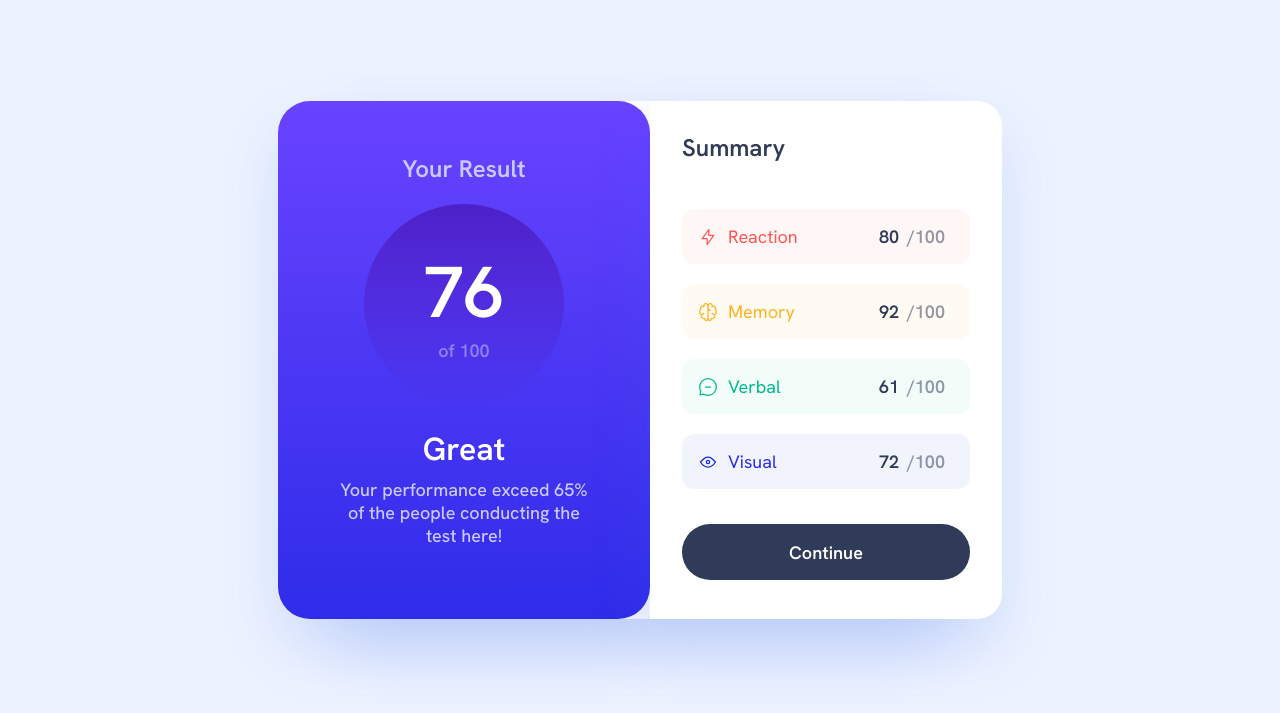
Repository: KamoliddinGIT/result-summary
Page: index.html
An editor plug-in stored every save of this project. The page is shown before and after the next save, followed by the edit.
The browser window is 1280 px wide. The pictures show the whole page.

Above is the page before, as saved 2023-09-08 17:12:00.

### index.html
<!DOCTYPE html>
<html lang="en">
  <head>
    <meta charset="UTF-8" />
    <meta name="viewport" content="width=device-width, initial-scale=1.0" />
    <link
      rel="icon"
      type="image/png"
      sizes="32x32"
      href="./assets/images/favicon-32x32.png"
    />
    <link rel="stylesheet" href="css/style.css" />
    <link rel="preconnect" href="https://fonts.googleapis.com" />
    <link rel="preconnect" href="https://fonts.gstatic.com" crossorigin />
    <link
      href="https://fonts.googleapis.com/css2?family=Hanken+Grotesk:wght@400;500;600&display=swap"
      rel="stylesheet"
    />
    <title>Results summary component</title>
  </head>
  <body>
    <div class="container">
      <div class="result-box">
        <h1 class="result__heading">Your Result</h1>
        <div class="result__score">
          <h1>76</h1>
          <span>of 100</span>
        </div>
        <div class="result__comment">
          <h1>Great</h1>
          <p>
            Your performance exceed 65% of the people conducting the test here!
          </p>
        </div>
      </div>
      <div class="summary-box">
        <h1 class="summary__title">Summary</h1>
        <div class="summary__stats">
          <li class="summary__stats__item__1">
            <img src="./assets/images/icon-reaction.svg" alt="logo" />
            <h2>Reaction</h2>
            <h3>80<span>/100</span></h3>
          </li>
          <li class="summary__stats__item__2">
            <img src="./assets/images/icon-memory.svg" alt="logo" />
            <h2>Memory</h2>
            <h3>92<span>/100</span></h3>
          </li>
          <li class="summary__stats__item__3">
            <img src="./assets/images/icon-verbal.svg" alt="logo" />
            <h2>Verbal</h2>
            <h3>61<span>/100</span></h3>
          </li>
          <li class="summary__stats__item__4">
            <img src="/assets/images/icon-visual.svg" alt="logo" />
            <h2>Visual</h2>
            <h3>72<span>/100</span></h3>
          </li>
        </div>
        <a href="#" class="summary__btn"> Continue </a>
      </div>
    </div>

    <script src="js/index.js"></script>
  </body>
</html>

### css/style.css
* {
  margin: 0;
  padding: 0;
  box-sizing: border-box;
}

body {
  display: flex;
  flex-direction: column;
  justify-content: center;
  align-items: center;
  height: 100vh;
  flex-direction: column;
  padding: 0;
  margin: 0;
  font-family: "Hanken Grotesk", "Arial", sans-serif;
  font-size: 18px;
  font-weight: 500;
  line-height: normal;
  background-color: #ecf2ff;
  color: #303b59;
}

.container {
  width: 47%;
  max-width: 1200px;
  display: flex;
  justify-content: center;
  align-items: center;
  height: 72%;
  background-color: #ffffff;
  box-shadow: 0px 30px 60px 0px rgba(61, 108, 236, 0.15);
  border-radius: 32px;
}

.result-box {
  width: 50%;
  max-width: 368px;
  min-height: 100%;
  border-radius: 32px;
  box-shadow: 0px 30px 60px 0px rgba(61, 108, 236, 0.15);
  background-image: linear-gradient(
    180deg,
    #75f 0%,
    #6943ff 0.01%,
    #2f2ce9 100%
  );
  padding: 24px 56px 40px;
  color: #cac9ff;
  box-shadow: 0px 30px 60px 0px rgba(61, 108, 236, 0.15);
  display: flex;
  flex-direction: column;
  align-items: center;
  justify-content: center;
  font-family: "Hanken Grotesk", "Arial", sans-serif;
  /* gap: 30px; */
}

.summary-box {
  display: flex;
  flex-direction: column;
  align-items: start;
  /* padding-left: 40px; */
  justify-content: space-evenly;
  background: #fff;
  width: 50%;
  height: 100%;
  border-radius: 0 25px 25px 0;
  padding: 24px 32px 32px;
  box-shadow: 0px 30px 60px 0px rgba(61, 108, 236, 0.15);
}

.result__heading {
  margin-bottom: 20px;
  font-size: 24px;
}

.result__score {
  display: flex;
  flex-direction: column;
  justify-content: center;
  align-items: center;
  width: 200px;
  height: 200px;
  border-radius: 50%;
  background-image: linear-gradient(
    180deg,
    #4d21c9 0%,
    rgba(37, 33, 201, 0) 100%,
    rgba(37, 33, 201, 0) 100%
  );
}

.result__score h1 {
  font-size: 72px;
  color: #ffffff;
}

.result__score span {
  color: #cac9ff;
  font-weight: 700;
  opacity: 0.5168;
  font-size: 18px;
}

.result__comment {
  margin-top: 20px;
  display: flex;
  justify-content: space-around;
  align-items: center;
  flex-direction: column;
  text-align: center;
  width: 260px;
  height: 127px;
}

.result__comment h1 {
  font-size: 32px;
  color: #ffffff;
}

.result__comment p {
  font-size: 18px;
  color: #cac9ff;
  font-weight: 500;
  line-height: normal;
}

.summary__title {
  margin-bottom: 20px;
  color: #303b59;
  font-size: 24px;
  font-weight: bold;
}

.summary__stats {
  width: 288px;
  height: 278px;
  display: flex;
  flex-direction: column;
  /* justify-content: space-between; */
  align-items: start;
  list-style-type: none;
}

li {
  margin-top: 20px;
}

.summary__stats__item__1 {
  width: 100%;
  display: flex;
  gap: 10px;
  align-items: center;
  height: 56px;
  padding: 16px;
  background: rgba(255, 85, 85, 0.05);
  border-radius: 12px;
}

.summary__stats__item__1 h2 {
  width: 141px;
  font-size: 18px;
  color: #f55;
  font-weight: normal;
}

.summary__stats__item__1 h3 span {
  opacity: 0.5168;
  font-weight: bold;
  color: rgba(48, 59, 89, 0.5);
  font-size: 18px;
  color: #303b59;
  margin-left: 8px;
}

.summary__stats__item__1 h3 {
  color: #303b59;
  font-weight: bold;
  font-size: 18px;
}

.summary__stats__item__2 {
  width: 100%;
  display: flex;
  gap: 10px;
  align-items: center;
  height: 56px;
  padding: 16px;
  background: rgba(255, 178, 30, 0.05);
  border-radius: 12px;
}

.summary__stats__item__2 h2 {
  width: 141px;
  font-size: 18px;
  color: #ffb21e;
  font-weight: normal;
}

.summary__stats__item__2 h3 span {
  opacity: 0.5168;
  font-weight: bold;
  color: rgba(48, 59, 89, 0.5);
  font-size: 18px;
  color: #303b59;
  margin-left: 8px;
}

.summary__stats__item__2 h3 {
  color: #303b59;
  font-weight: bold;
  font-size: 18px;
}

.summary__stats__item__3 {
  width: 100%;
  display: flex;
  gap: 10px;
  align-items: center;
  height: 56px;
  padding: 16px;
  background: rgba(0, 187, 143, 0.05);
  border-radius: 12px;
}

.summary__stats__item__3 h2 {
  font-size: 18px;
  color: #00bb8f;
  font-weight: normal;
  width: 141px;
}

.summary__stats__item__3 h3 span {
  opacity: 0.5168;
  font-weight: bold;
  color: rgba(48, 59, 89, 0.5);
  font-size: 18px;
  color: #303b59;
  margin-left: 8px;
}

.summary__stats__item__3 h3 {
  color: #303b59;
  font-weight: bold;
  font-size: 18px;
}

.summary__stats__item__4 {
  width: 100%;
  display: flex;
  gap: 10px;
  align-items: center;
  height: 56px;
  padding: 16px;
  background: rgba(17, 37, 214, 0.05);
  border-radius: 12px;
}

.summary__stats__item__4 h2 {
  width: 141px;
  font-size: 18px;
  color: #2f2ce9;
  font-weight: normal;
}

.summary__stats__item__4 h3 span {
  opacity: 0.5168;
  font-weight: bold;
  color: rgba(48, 59, 89, 0.5);
  font-size: 18px;
  color: #303b59;
  margin-left: 8px;
}

.summary__stats__item__4 h3 {
  color: #303b59;
  font-weight: bold;
  font-size: 18px;
}

.summary__btn {
  margin-top: 50px;
  width: 288px;
  height: 56px;
  border-radius: 128px;
  background: #303b59;
  display: flex;
  justify-content: center;
  align-items: center;
  text-decoration: none;
  color: white;
  font-weight: bold;
}

.summary__btn:hover {
  background: linear-gradient(180deg, #75f 0%, #6943ff 0.01%, #2f2ce9 100%);
  content: "";
  transition: opacity ease 0.3s;
}

.summary__btn:active {
  outline: 2px solid white;
  border: 2px solid white;
}

/* media */

@media only screen and (max-width: 740px) {
  /* body {
    padding: 50px;
    align-items: center;
  } */

  .container {
    flex-direction: column;
    width: 100%;
    max-width: 368px;
  }

  .result-box {
    padding: 15px;
    width: 100%;
    margin-top: 350px;
    max-width: 100%;
    box-shadow: 0px 30px 60px 0px rgba(61, 108, 236, 0.15);
  }

  .summary-box {
    /* margin-top: 350px; */
    border-radius: 0;
    background: #fff;
    width: 100%;
    max-width: 100%;
    height: 507px;
  }
}

@media (min-width: 740px) {
  .container {
    max-width: 1400px;
  }
  .result-box {
    width: 100%;
    max-width: 100%;
  }
  .summary-box {
    width: 100%;
    max-width: 100%;
  }
}

### js/index.js
"use strict";

const data = [
  {
    category: "Reaction",
    score: 80,
    icon: "img/icon-reaction.svg",
  },
  {
    category: "Memory",
    score: 92,
    icon: "img/icon-memory.svg",
  },
  {
    category: "Verbal",
    score: 61,
    icon: "img/icon-verbal.svg",
  },
  {
    category: "Visual",
    score: 72,
    icon: "img/icon-visual.svg",
  },
];

After the next save:
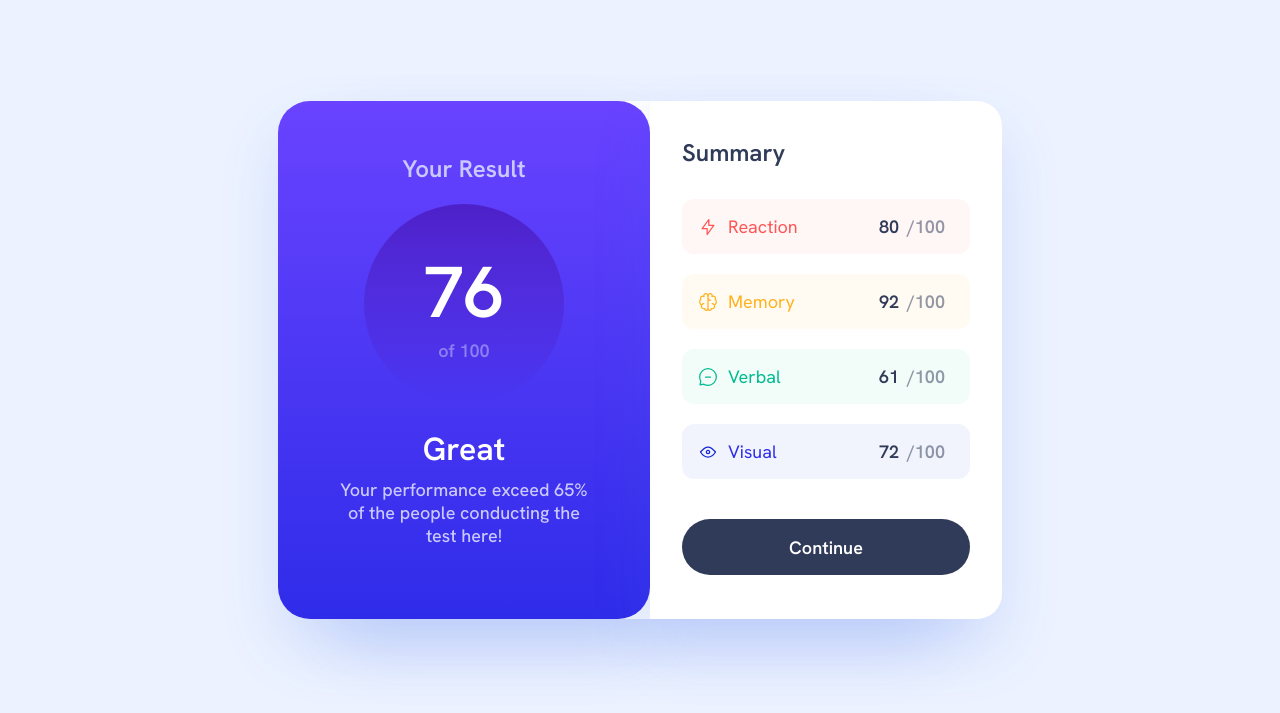
Saved 14 s later.
--- a/css/style.css
+++ b/css/style.css
@@ -127,7 +127,7 @@ body {
 }
 
 .summary__title {
-  margin-bottom: 20px;
+  /* margin-bottom: 20px; */
   color: #303b59;
   font-size: 24px;
   font-weight: bold;
